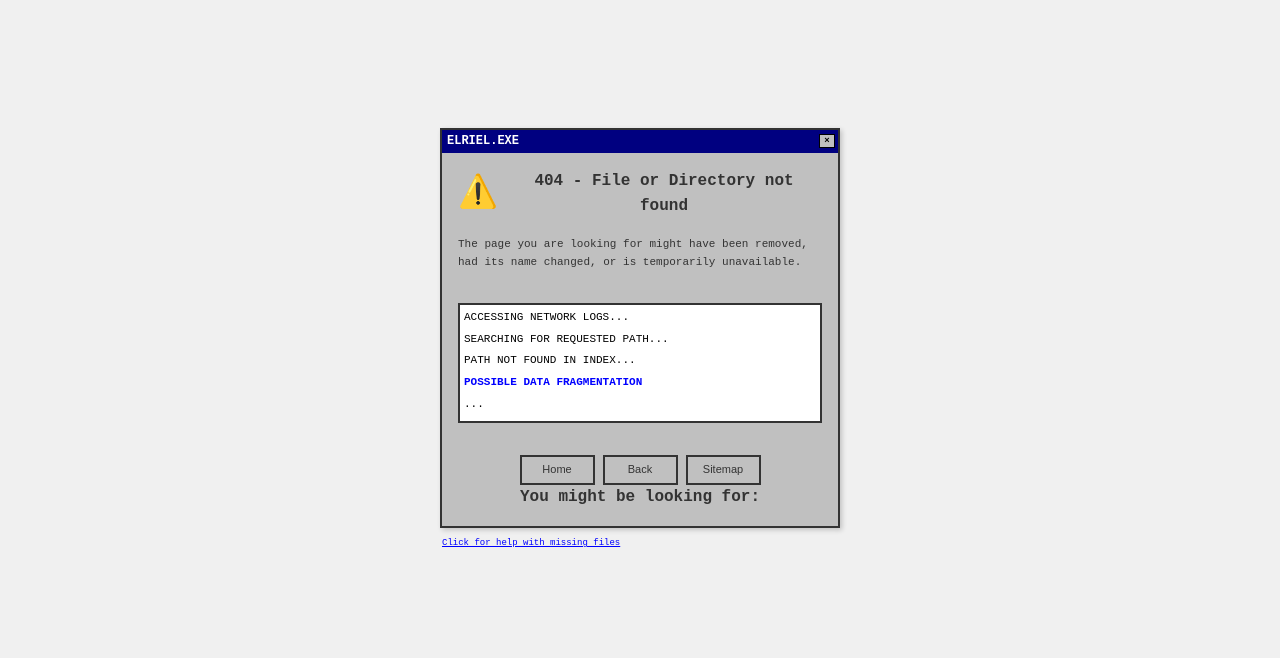
Repository: numbpill3d/elriel_1.0-forum
Page: views/404.html
The author's editor kept a copy of each file at every save. The page is drawn from the files as they stood at one save, then again after the next save.
The browser window is 1280 px wide. The pictures show the whole page.
Some web fonts or font styles are not loaded; a fallback is used.

Above is the page before, as saved 2025-05-01 13:04:49.

After the next save:
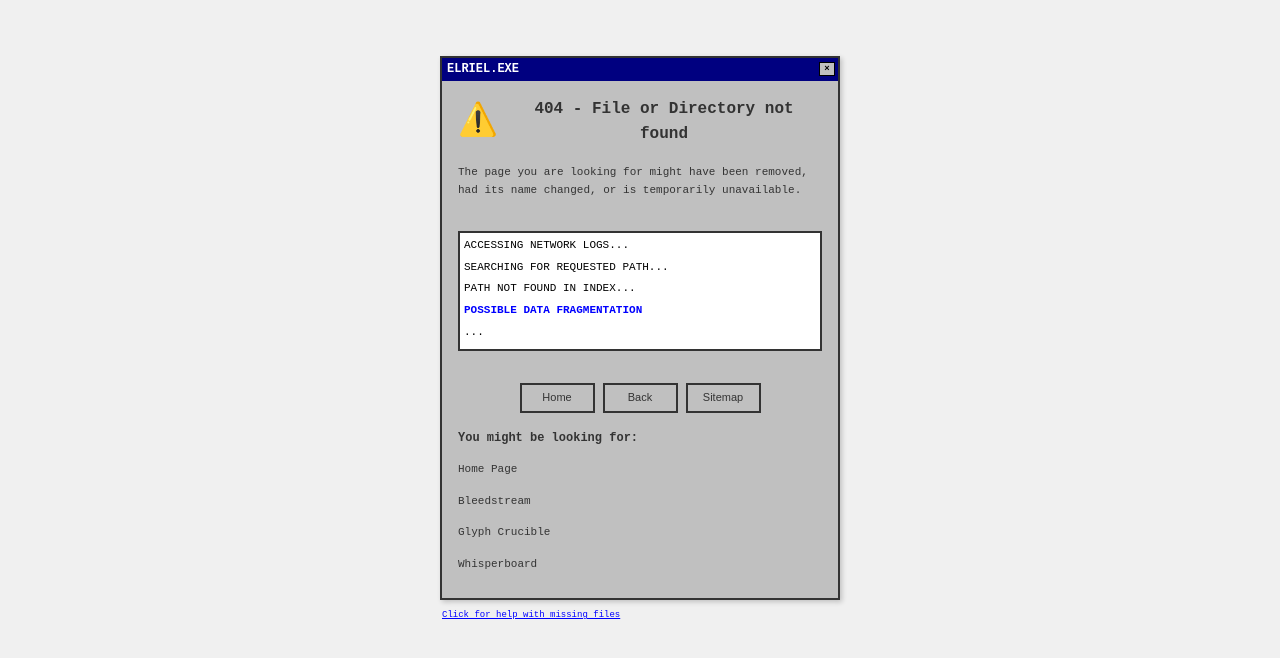
Saved 55 s later.
--- a/views/404.html
+++ b/views/404.html
@@ -222,6 +222,45 @@
   </div>
 
   <script>
+    // Add styles for suggested links
+    const suggestedLinksStyles = document.createElement('style');
+    suggestedLinksStyles.textContent = `
+      .suggested-links {
+        margin-top: 16px;
+        width: 100%;
+        text-align: left;
+      }
+
+      .suggested-links h4 {
+        font-size: 12px;
+        margin-bottom: 8px;
+      }
+
+      .suggested-links ul {
+        list-style: none;
+        padding-left: 0;
+      }
+
+      .suggested-links li {
+        margin-bottom: 6px;
+      }
+
+      .suggested-links a {
+        color: var(--win98-link);
+        text-decoration: none;
+        font-size: 11px;
+      }
+
+      .suggested-links a:hover {
+        text-decoration: underline;
+      }
+
+      .suggested-links a:visited {
+        color: var(--win98-link-visited);
+      }
+    `;
+    document.head.appendChild(suggestedLinksStyles);
+
     // Reveal hint function (ARG element)
     function revealHint() {
       const hintMessage = document.createElement('div');
@@ -276,6 +315,109 @@
 
     // Apply random glitches periodically
     setInterval(addRandomGlitch, 1000);
+
+    // Suggest relevant links based on the current URL
+    function suggestRelevantLinks() {
+      const currentPath = window.location.pathname;
+      const suggestionsList = document.getElementById('suggestions-list');
+
+      // Common pages to suggest
+      const commonSuggestions = [
+        { url: '/', title: 'Home Page' },
+        { url: '/feed/bleedstream', title: 'Bleedstream' },
+        { url: '/glyph/crucible', title: 'Glyph Crucible' },
+        { url: '/whisper/board', title: 'Whisperboard' }
+      ];
+
+      // Add specific suggestions based on the URL
+      let specificSuggestions = [];
+
+      if (currentPath.includes('feed')) {
+        specificSuggestions = [
+          { url: '/feed/bleedstream', title: 'Bleedstream' },
+          { url: '/feed/popular', title: 'Popular Posts' },
+          { url: '/feed/recent', title: 'Recent Posts' }
+        ];
+      } else if (currentPath.includes('glyph')) {
+        specificSuggestions = [
+          { url: '/glyph/crucible', title: 'Glyph Crucible' },
+          { url: '/glyph/gallery', title: 'Glyph Gallery' },
+          { url: '/glyph/create', title: 'Create New Glyph' }
+        ];
+      } else if (currentPath.includes('whisper')) {
+        specificSuggestions = [
+          { url: '/whisper/board', title: 'Whisperboard' },
+          { url: '/whisper/create', title: 'Create Whisper' },
+          { url: '/whisper/popular', title: 'Popular Whispers' }
+        ];
+      } else if (currentPath.includes('terminal')) {
+        specificSuggestions = [
+          { url: '/terminal/numbpill', title: 'Numbpill Cell' },
+          { url: '/terminal/void', title: 'Void Terminal' },
+          { url: '/', title: 'Main Terminal' }
+        ];
+      } else if (currentPath.includes('auth')) {
+        specificSuggestions = [
+          { url: '/auth/login', title: 'Login' },
+          { url: '/auth/register', title: 'Register' },
+          { url: '/auth/recover', title: 'Recover Account' }
+        ];
+      } else if (currentPath.includes('profile')) {
+        specificSuggestions = [
+          { url: '/profile', title: 'Your Profile' },
+          { url: '/profile/edit', title: 'Edit Profile' },
+          { url: '/profile/settings', title: 'Profile Settings' }
+        ];
+      }
+
+      // Combine and deduplicate suggestions
+      const allSuggestions = [...specificSuggestions];
+
+      // Add common suggestions if we don't have enough specific ones
+      if (allSuggestions.length < 3) {
+        commonSuggestions.forEach(suggestion => {
+          if (!allSuggestions.some(s => s.url === suggestion.url)) {
+            allSuggestions.push(suggestion);
+          }
+        });
+      }
+
+      // Limit to 5 suggestions
+      const limitedSuggestions = allSuggestions.slice(0, 5);
+
+      // Add to the page
+      limitedSuggestions.forEach(suggestion => {
+        const li = document.createElement('li');
+        const a = document.createElement('a');
+        a.href = suggestion.url;
+        a.textContent = suggestion.title;
+        li.appendChild(a);
+        suggestionsList.appendChild(li);
+      });
+    }
+
+    // Call on page load
+    document.addEventListener('DOMContentLoaded', suggestRelevantLinks);
+
+    // Track 404 errors
+    function track404Error() {
+      const path = window.location.pathname;
+      const referrer = document.referrer;
+
+      // Log to console for debugging
+      console.error('404 Error:', {
+        path,
+        referrer,
+        userAgent: navigator.userAgent,
+        timestamp: new Date().toISOString()
+      });
+
+      // You could send this data to your server for tracking
+      // using fetch or navigator.sendBeacon
+    }
+
+    // Call on page load
+    track404Error();
   </script>
 </body>
 </html>
